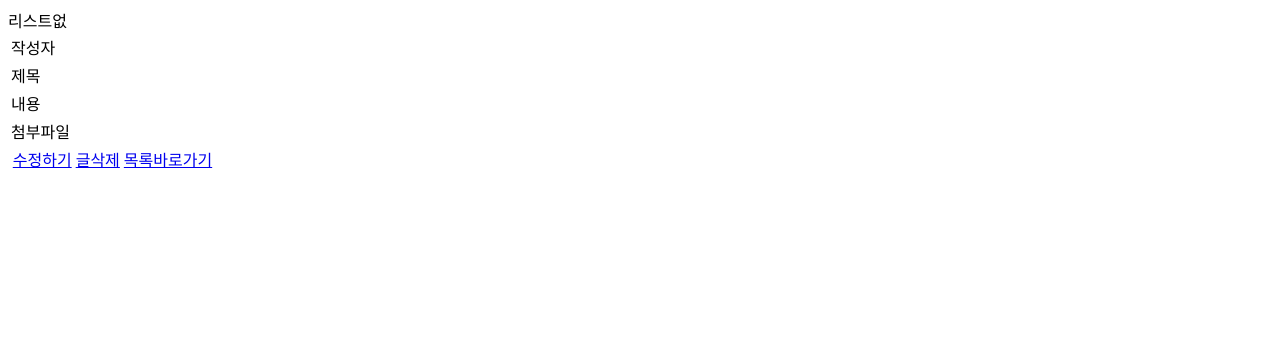
Repository: ssoo0011/school
Page: http://localhost/SBoard/MVCBoard/Edit.jsp
The author's editor kept a copy of each file at every save. The page is drawn from the files as they stood at one save, then again after the next save.
The browser window is 1280 px wide. The pictures show the whole page.
Some web fonts or font styles are not loaded; a fallback is used. The page is served by Tomcat 9.

Above is the page before, as saved 2023-03-21 06:00:28.

After the next save:
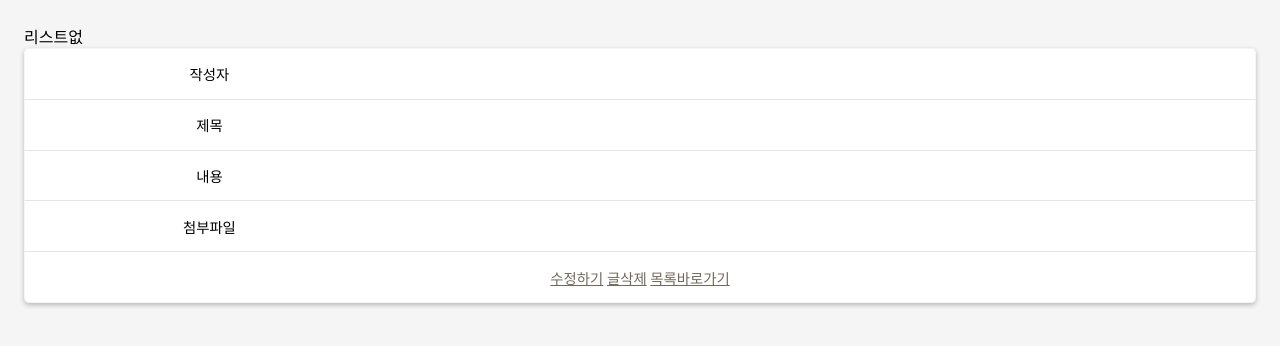
Saved 20 s later.
--- a/JSP/SBoard/WebContent/MVCBoard/Edit.jsp
+++ b/JSP/SBoard/WebContent/MVCBoard/Edit.jsp
@@ -5,6 +5,7 @@
 <head>
 <meta charset="UTF-8">
 <title>Insert title here</title>
+<link href="../table.css" type = "text/css" rel = "stylesheet">
 </head>
 <body>
 	<form method="get">
